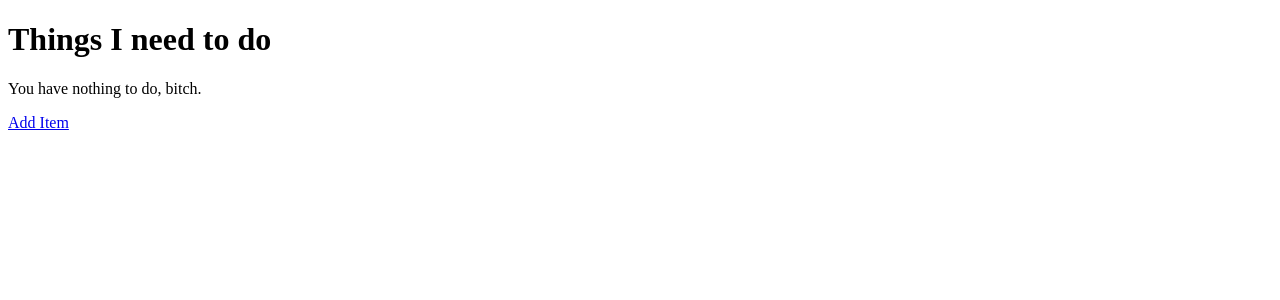
Repository: kalkiboru111/simple-django-todo-99
Page: http://localhost/
The author's editor kept a record of every edit. The page is drawn from the files as they stood at one moment, then again after the next edit.
The browser window is 1280 px wide. The pictures show the whole page.
The page is served by the project's application, run on Django 2.2 (manage.py). Queries for data that is not in the repository find no rows.

Above is the page before.

After the next edit:
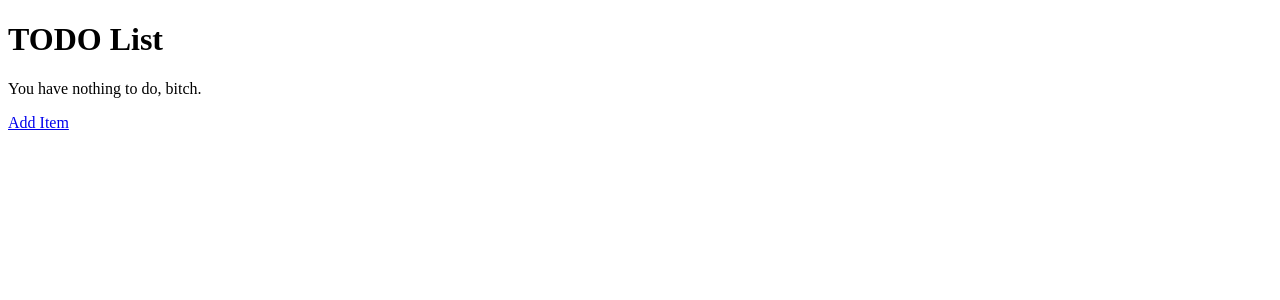
The edit:
--- a/todo/templates/todo_list.html
+++ b/todo/templates/todo_list.html
@@ -9,7 +9,7 @@
 </head>
 
 <body>
-    <h1>Things I need to do</h1>
+    <h1>TODO List</h1>
     <table>
 
         {% for item in items %}
